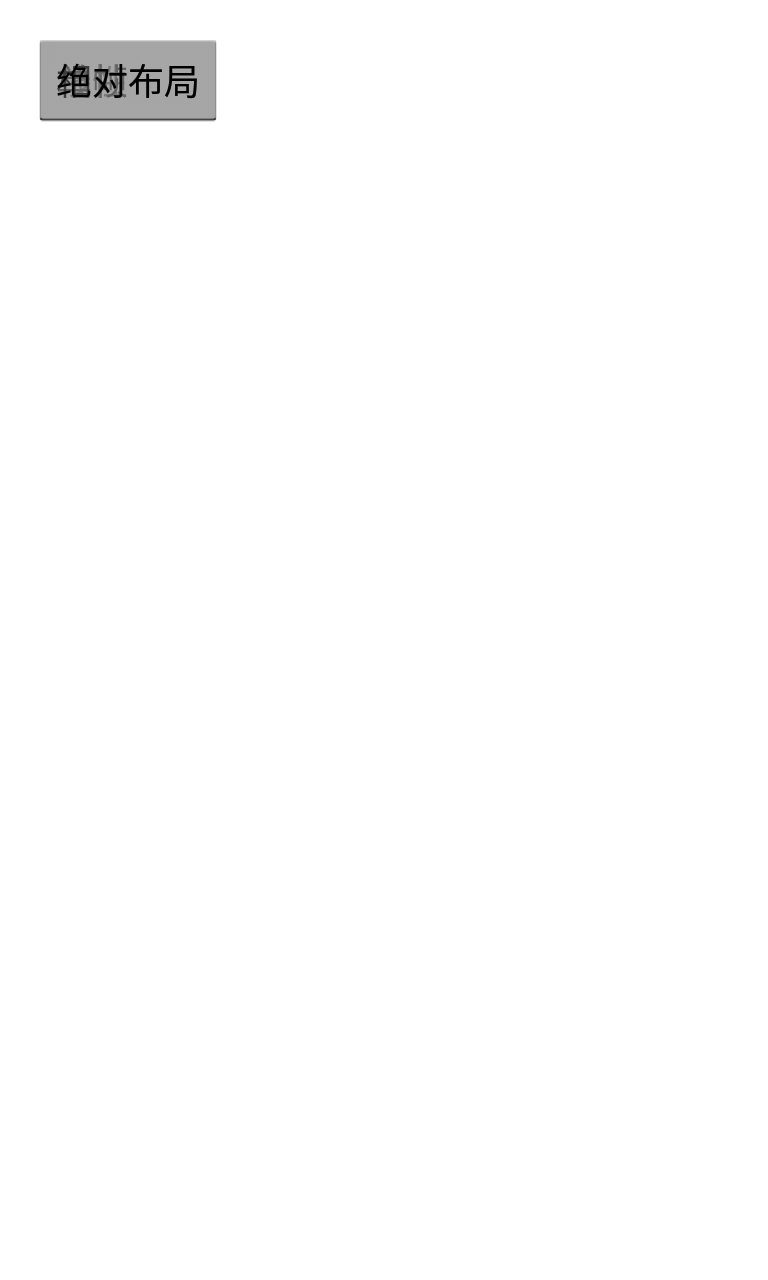
Repository: treizeor/android-examples
Layout: Ch003Layouts/res/layout/relativelayout_main.xml
The author's editor kept a copy of each file at every save. The layout is drawn from the files as they stood at one save, then again after the next save.
It is drawn on a 768 x 1280 px phone screen (xhdpi) without system bars, with theme AppTheme; the app's code is not run.

Above is the layout before, as saved 2014-06-02 02:59:48.

After the next save:
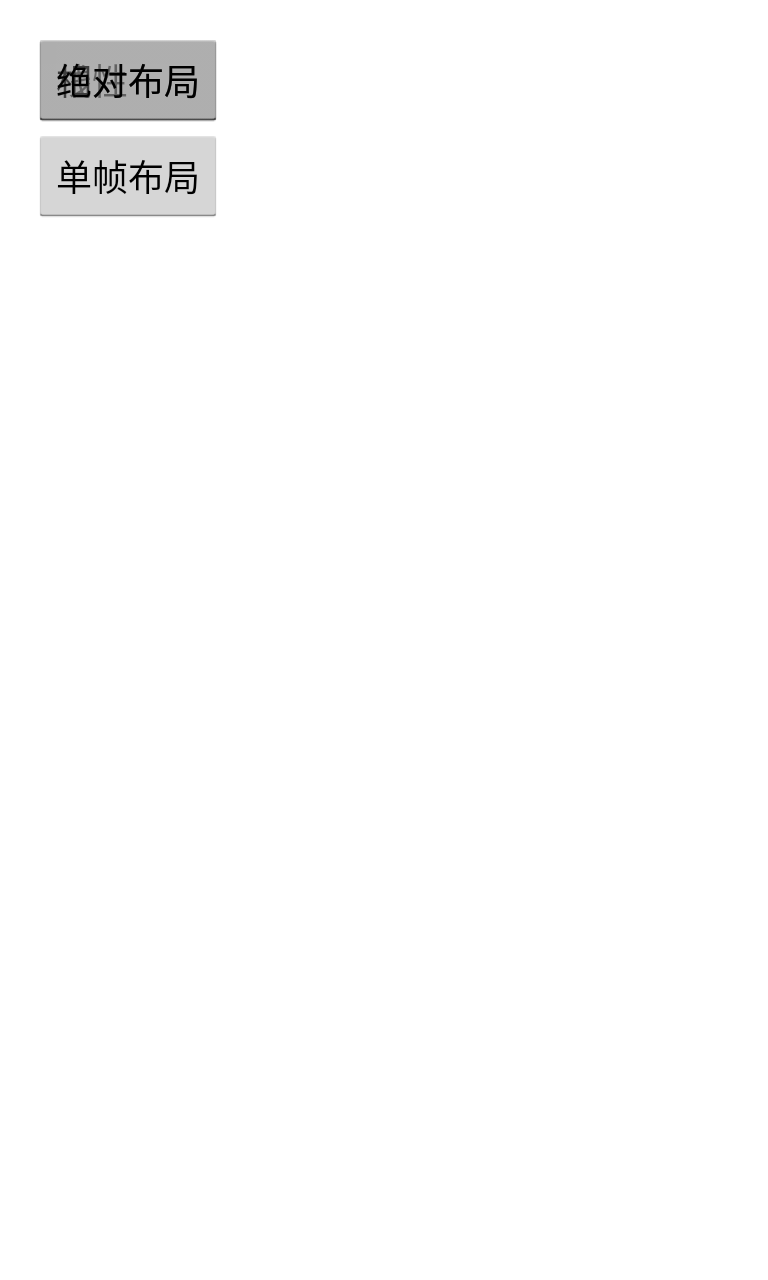
Saved 28 s later.
--- a/Ch003Layouts/res/layout/relativelayout_main.xml
+++ b/Ch003Layouts/res/layout/relativelayout_main.xml
@@ -18,6 +18,7 @@
         android:id="@+id/frame"
         android:layout_width="wrap_content"
         android:layout_height="wrap_content"
+        android:layout_below="@id/linear"
         android:text="@string/frame" />
 
     <Button
